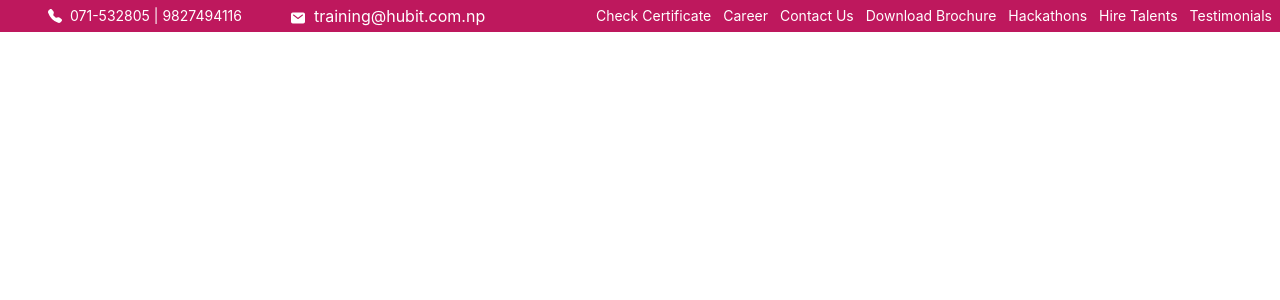
Repository: Sushant203/react-training-
Page: /
The author's editor kept a copy of each file at every save. The page is drawn from the files as they stood at one save, then again after the next save.
The browser window is 1280 px wide. The pictures show the whole page.
The project was rebuilt for these pictures with package versions that can differ from the ones it lists, and the page was loaded fresh each time. Also part of the build but not shown: src/App.css.

Above is the page before, as saved 2022-12-15 01:06:12.

### src/App.js

import './App.css';
import UpperNav from './components/UpperNav';

function App() {
  return (
    <div>
      <UpperNav />
    </div>
  );
}

export default App;

### src/components/UpperNav.jsx
import React from "react";
import { BsFillTelephoneFill } from "react-icons/bs";
import { IoMail } from "react-icons/io5";
const UpperNav = () => {
  return (
    <div>
      <div className="flex bg-pink-700 align-center px-2 text-white text-sm justify-between">
        <div className="flex">
          <div className="flex gap-2 items-center mx-10">
            <BsFillTelephoneFill className="text-white" />
            <p>071-532805 | 9827494116</p>
          </div>
          <div className="flex gap-2 items-center px-2 py-1 text-base">
            <IoMail className="mt-1" />
            <p>training@hubit.com.np</p>
          </div>
        </div>

        {/* right section */}
        <div className="flex gap-3 items-center text-sm">
          <div>Check Certificate</div>
          <div>Career</div>
          <div>Contact Us</div>
          <div>Download Brochure</div>
          <div>Hackathons</div>
          <div>Hire Talents</div>
          <div>Testimonials</div>
        </div>
      </div>
    </div>
  );
};

export default UpperNav;

Loaded but not shown: public/index.html (common file); src/index.js (common file); src/index.css (common file); src/reportWebVitals.js (common file); tailwind.config.js (common file)

After the next save:
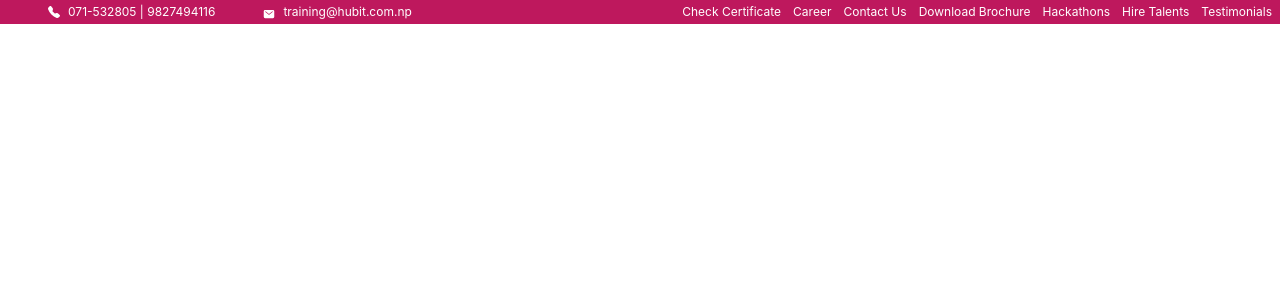
Saved 24 s later.
--- a/src/components/UpperNav.jsx
+++ b/src/components/UpperNav.jsx
@@ -4,20 +4,20 @@ import { IoMail } from "react-icons/io5";
 const UpperNav = () => {
   return (
     <div>
-      <div className="flex bg-pink-700 align-center px-2 text-white text-sm justify-between">
+      <div className="flex bg-pink-700 align-center px-2 text-white text-xs justify-between">
         <div className="flex">
           <div className="flex gap-2 items-center mx-10">
             <BsFillTelephoneFill className="text-white" />
             <p>071-532805 | 9827494116</p>
           </div>
-          <div className="flex gap-2 items-center px-2 py-1 text-base">
+          <div className="flex gap-2 items-center px-2 py-1 text-xs">
             <IoMail className="mt-1" />
             <p>training@hubit.com.np</p>
           </div>
         </div>
 
         {/* right section */}
-        <div className="flex gap-3 items-center text-sm">
+        <div className="flex gap-3 items-center text-xs">
           <div>Check Certificate</div>
           <div>Career</div>
           <div>Contact Us</div>
